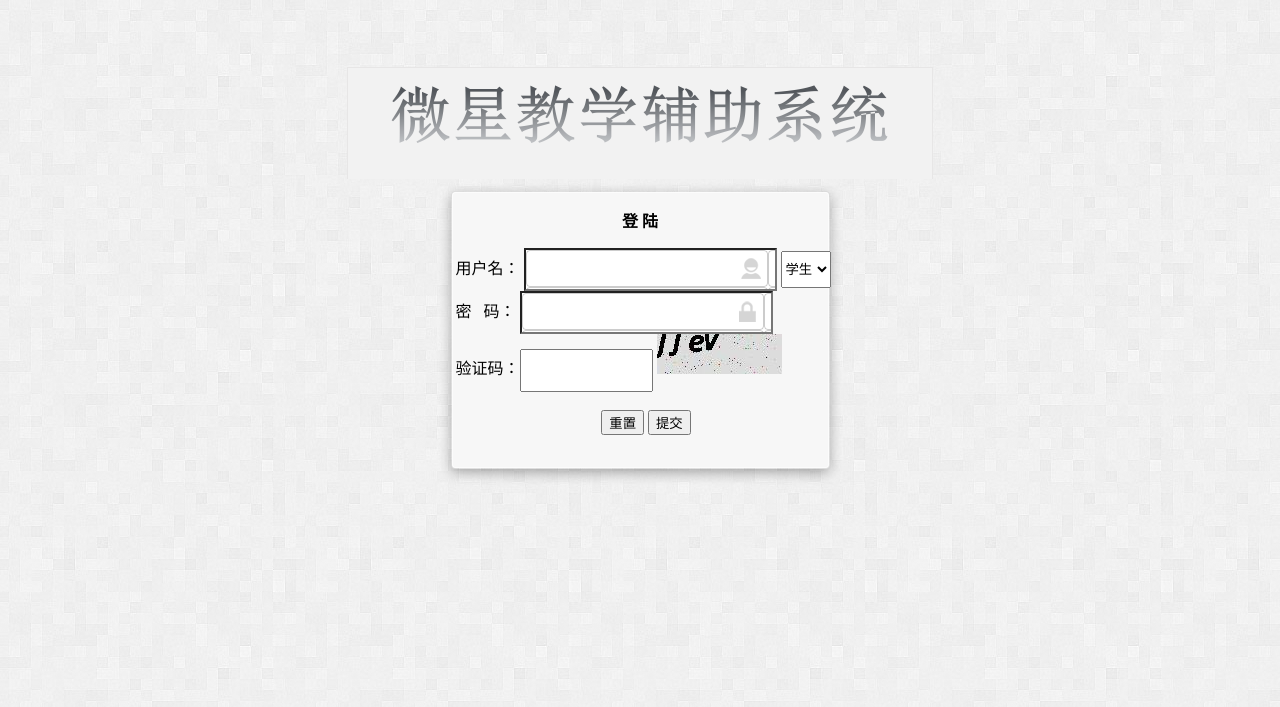
Repository: wxbuditou/Java-
Page: http://localhost/Project/
The author's editor kept a copy of each file at every save. The page is drawn from the files as they stood at one save, then again after the next save.
The browser window is 1280 px wide. The pictures show the whole page.
The page is served by Tomcat 9. Other server files are loaded and not shown.

Above is the page before, as saved 2019-06-27 07:34:25.

### Project/WebContent/index.jsp
<%@ page language="java" contentType="text/html; charset=UTF-8"
    pageEncoding="UTF-8"%>
<%@ taglib prefix="c" uri="http://java.sun.com/jsp/jstl/core"%>

<!DOCTYPE html PUBLIC "-//W3C//DTD HTML 4.01 Transitional//EN" "http://www.w3.org/TR/html4/loose.dtd">
<%
String path = request.getContextPath();
String basePath = request.getScheme()+"://"+request.getServerName()+":"+request.getServerPort()+path+"/";
String randcode = (String)session.getAttribute("check_code");
//String obj =(String)request.getSession().getAttribute("msg");
%>
<html>
<head>
<meta http-equiv="Content-Type" content="text/html; charset=iso-8859-1">
<title>登陆</title>
<style type="text/css">

body {
	background-color: #FAFAD2;
	background-image: url(Image/login_bgx.gif);
}

.bg_topic{
	background-image: url(Image/projectname.png);
	height:120px;
	background-repeat:no-repeat;
    background-position:center;
}

.loginwindow{
	background-image: url(Image/login_m_bg.png);
	background-repeat:no-repeat;
}

.user{
	background-image: url(Image/user.png);
}

.password{
	background-image: url(Image/password.png);
}

</style>
</head>

<script type="text/javascript" src="<%=path %>/js/jquery-3.3.1.min.js"></script>

<script type="text/javascript">
/*
	$(function(){
		$("#username").blur(function(){
			var un = $("#username").val();
			var username = $.trim(un);
			var add = $("#ad").val();
			var ad = $.trim(add);
			alert(ad);
			if (username!=null&&username!=""){
				$.post("UserServlet",{"method":"valideUserExist","username":username,"ad":ad},function(data){

					if (data=="no"){
						var rs = $("#result");
						rs.html("用户名不存在！");
					}
				});//发送数据到服务器进行异步校验

			}else{
				alert("请输入学号");
			}
		})

	});*/
	//验证码不同步，session中永远慢一步，后台校验验证码
	function judge(){
		var un = $("#username").val();
		var username=$.trim(un);
		var add = $("#ad").val();
		var ad = $.trim(add);
		var pd = $("#password").val();
		var password = $.trim(pd);
		var cd = $("#code").val();
		var code=$.trim(cd);
		var rc = $("#hiddencode").val();
		if (username==null||username==""){
			alert("请输入用户名");
			return;
		}
		if (password==null||password==""){
			alert("请输入密码！");
			return;
		}
		if (code==null||code==""){
			alert("请输入验证码！");
			return;
		}
		$("#fm").submit();
	}

</script>
<body background="">
<div id="container" style="margin:auto;margin-top:5%; background:200080;" class="container">
<div class="bg_topic" ></div>
<div class="loginwindow" style=" margin:auto; width:403px;height:302px;;">
<div class="window" style=" padding-top:20px; padding-left:5px; padding-right:5px;">
<div class="denglu"><p align="center" style="font-size:16px; margin-top:5px;"><strong>登     陆</strong></p></div>

<div style="margin-top:5px; margin-bottom:5px; padding-left:5px;"><span id="result" style="color:red;">
<c:if test="${not empty sessionScope.msg}">
	${sessionScope.msg}
	<%request.getSession().removeAttribute("msg"); %>
</c:if>
</span></div>
<div class="fmcontainer" style=" margin-left:12px; margin-top:10px;">
<form action="UserServlet" method="post" id="fm">
		用户名：
    <input type="text" name="username" id="username" style=" width:245px; height:37px;" class="user">
	<select name="position" style="height:37px; width:50px;">
	  <option value="student" selected="selected">学生</option>
	  <option value="teacher" >教师</option>
	  <option value="adminstrator">管理员</option>
    </select>
<br>
			密&nbsp;&nbsp;&nbsp;码：
    <input type="password" name="password" id="password" style="  width:245px; height:37px;" class="password">
	<br>
	<div >
	验证码：<input type="text" name="code" id="code" style="  width:125px; height:37px; vertical-align:middle">
	<img src="servlet/CheckCodeServlet"></div><br>
    <div style="text-align:center;">
	<input type="reset" value="重置" style=" text">
	<input type="button" value="提交" onclick="judge();">
    </div>
</form>
</div>
</div>
</div>
</div>
</body>
</html>

### Project/src/cn/it/cast/utils/CheckCodeServlet.java
package cn.it.cast.utils;


import java.awt.Color;
import java.awt.Font;
import java.awt.Graphics;
import java.awt.image.BufferedImage;
import java.io.ByteArrayOutputStream;
import java.io.IOException;

import javax.imageio.ImageIO;
import javax.servlet.ServletException;
import javax.servlet.ServletOutputStream;
import javax.servlet.http.HttpServlet;
import javax.servlet.http.HttpServletRequest;
import javax.servlet.http.HttpServletResponse;
import javax.servlet.http.HttpSession;


public class CheckCodeServlet extends HttpServlet {
	private static final long serialVersionUID = 1L;


   private static int WIDTH=125;
   private static int HEIGHT=40;


    public CheckCodeServlet() {
        super();
        // TODO Auto-generated constructor stub
    }

	/**
	 * @see HttpServlet#doGet(HttpServletRequest request, HttpServletResponse response)
	 */
	protected void doGet(HttpServletRequest request, HttpServletResponse response) throws ServletException, IOException {
		HttpSession session = request.getSession();	//��ȡHttpSession����
		response.setContentType("image/jpeg");	//���ñ���
		ServletOutputStream sos =response.getOutputStream();	//��ȡ�����
		//�����������Ҫ�����ͼƬ
		response.setHeader("Pragma", "No-cache");
		response.setHeader("Cache-Control", "no-cache");
		response.setDateHeader("Expiress", 0);
		//�����ڴ�ͼ�񲢻����ͼ��������
		BufferedImage image = new BufferedImage(WIDTH,HEIGHT,BufferedImage.TYPE_INT_BGR);
		Graphics g = image.getGraphics();
		char [] rands = generateCheckCode();//�����������֤��
		drawBackground(g);
		drawRands(g,rands);
		g.dispose();//����ͼ��Ļ��ƹ��̣����ͼ��
		//��ͼ��������ͻ���
		ByteArrayOutputStream bos = new ByteArrayOutputStream();
		ImageIO.write(image,"JPEG",bos);
		byte[] buf=bos.toByteArray();
		response.setContentLength(buf.length);
		sos.write(buf);
		bos.close();
		sos.close();
		session.setAttribute("check_code", new String(rands)); //����֤����뵽Session��
		System.out.println("rands is "+ new String(rands));
	}

	//���û�и���Ԫ�ص���֤��ͼƬ
	private void drawRands(Graphics g, char[] rands) {
		g.setColor(Color.BLACK);
		g.setFont(new Font(null,Font.ITALIC|Font.BOLD,30));//18
		//�ڲ�ͬ�ĸ߶��������֤���ÿ���ַ�
		g.drawString(""+rands[0], 1, 17);
		g.drawString(""+rands[1], 16, 15);
		g.drawString(""+rands[2], 31, 18);
		g.drawString(""+rands[3], 46, 16);
		System.out.println(rands);
	}

	//����и���Ԫ�ص���֤��ͼƬ
	private void drawBackground(Graphics g) {
		//������
		g.setColor(new Color(0xDCDCDC));
		g.fillRect(0, 0, WIDTH, HEIGHT);
		//�������120�����ŵ�
		for(int i=0;i<120;i++) {
			int x = (int)(Math.random()*WIDTH);
			int y = (int)(Math.random()*HEIGHT);
			int red = (int)(Math.random()*255);
			int green = (int)(Math.random()*255);
			int blue = (int)(Math.random()*255);
			g.setColor(new Color(red,green,blue));
			g.drawOval(x, y, 1, 0);
		}

	}

	private char[] generateCheckCode() {

		String chars="0123456789qwertyuiopasdfghjklzxcvbnm";

		char[] rands = new char[4];
		for (int i=0;i<4;i++) {

			int rand =(int)(Math.random() *36);
			rands[i] = chars.charAt(rand);
		}

		return rands;
	}

	/**
	 * @see HttpServlet#doPost(HttpServletRequest request, HttpServletResponse response)
	 */
	protected void doPost(HttpServletRequest request, HttpServletResponse response) throws ServletException, IOException {
		// TODO Auto-generated method stub
		doGet(request, response);
	}

}

Loaded but not shown: Project/WebContent/js/jquery-3.3.1.min.js (library)

After the next save:
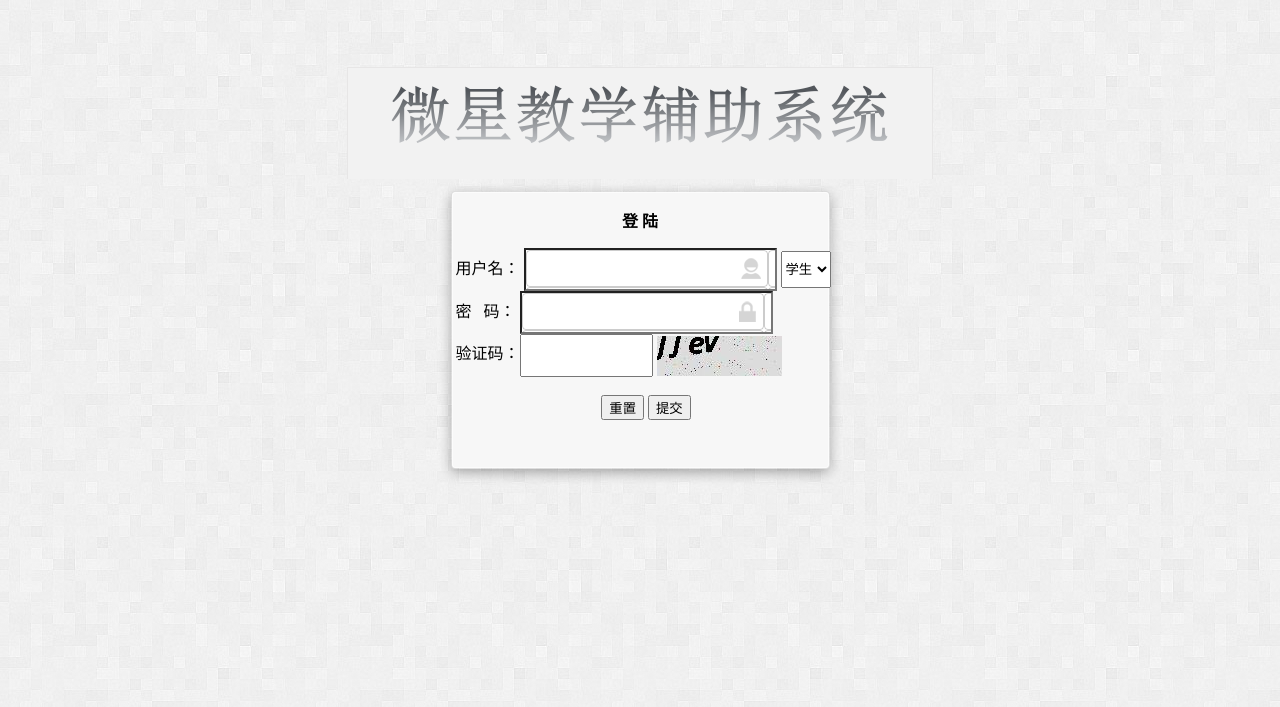
Saved 47 s later.
--- a/Project/WebContent/index.jsp
+++ b/Project/WebContent/index.jsp
@@ -124,7 +124,7 @@ body {
 	<br>
 	<div >
 	验证码：<input type="text" name="code" id="code" style="  width:125px; height:37px; vertical-align:middle">
-	<img src="servlet/CheckCodeServlet"></div><br>
+	<img src="servlet/CheckCodeServlet" style="vertical-align:middle"></div><br>
     <div style="text-align:center;">
 	<input type="reset" value="重置" style=" text">
 	<input type="button" value="提交" onclick="judge();">
